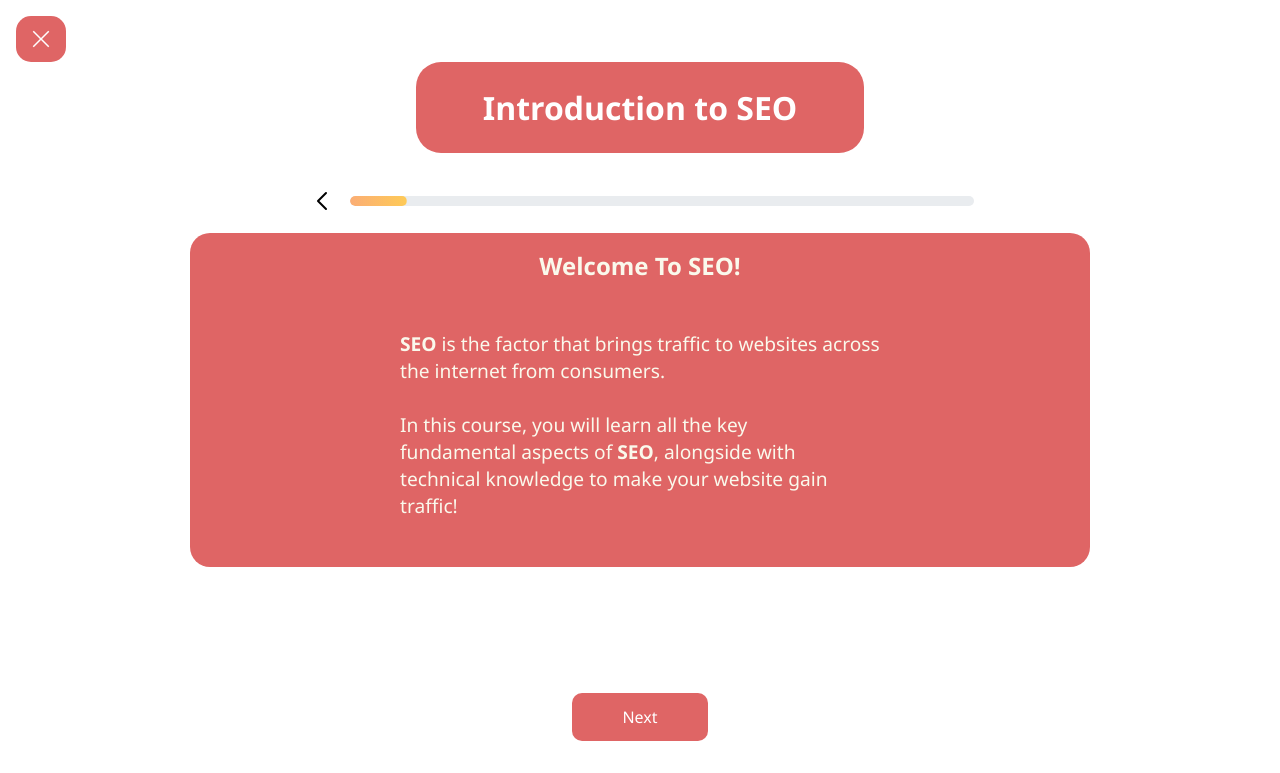
Repository: Duskofnight/code-website
Page: intro-to-seo/seo-introduction.html
These files come from the project's save history. The page is drawn as it stood at one moment and after a run of saves; the edit follows.
The browser window is 1280 px wide. The pictures show the whole page.

Above is the page before, as saved 2025-08-13 18:29:08.

### intro-to-seo/seo-introduction.html
<!DOCTYPE html>
  <html lang="en">
  <head>
    <meta charset="UTF-8">
    <meta name="viewport" content="width=device-width, initial-scale=1.0">
    <title>SEO Introduction</title>
    <link rel="stylesheet" href="lessons-styles.css">
    <link href="https://fonts.googleapis.com/css2?family=Inter:wght@100..900&display=swap" rel="stylesheet">
  </head>

  <body>

        <div class="escape">

          <a href="/intro-to-seo.html" class="escape-link">
            <svg xmlns="http://www.w3.org/2000/svg" height="100%" viewBox="0 0 24 24" fill="none" class="h-6"><path fill="currentColor" d="m20.28 4.78-1.06-1.06L12 10.94 4.78 3.72 3.72 4.78 10.94 12l-7.22 7.22 1.06 1.06L12 13.06l7.22 7.22 1.06-1.06L13.06 12l7.22-7.22Z"></path></svg>

          </a>
          <h3>Introduction to SEO</h3>
        </div>
        <div class="header">
        <svg class="previous" width="32" height="32" viewBox="0 0 32 32" xmlns="http://www.w3.org/2000/svg" onclick="previousSlide()" style="cursor: pointer;">
          <path d="M20 8L12 16L20 24" stroke="black" stroke-width="2" fill="none" stroke-linecap="round" stroke-linejoin="round"/>
        </svg>
        <div class="progress-container">
          <div class="progress-fill" id="progressFill"></div>
        </div>
      </div>



        <div id="app">


        <div id="one" class="page active">
          <div class="main">
            <h3 class="subtitle">Welcome To SEO!</h3>
            <p class="caption"><strong>SEO</strong> is the factor that brings traffic to websites across the internet from consumers. <br><br>In this course, you will learn all the key<br> fundamental aspects of <strong>SEO</strong>, alongside with technical knowledge to make your website gain traffic!

            </p>
          </div>


            <p class="continue" onclick="nextSlide()">Next</p>

        </div>


        <div id="two" class="page">
          <div class="main">
            <div class="caption">
              <h2 class="subtitle">What is SEO?</h2>
                <p>
                <strong>SEO</strong> stands for Search Engine Optimization, a set of practices to improve how
                your site appears in search engine organic results.<br><br>
                In other words, <strong>SEO</strong> helps people find your website without paying for ads.
                </p>
            </div>
          </div>


            <p class="continue" onclick="nextSlide()">Next</p>


        </div>


        <div id="three" class="page">
          <div class="main">
            <h3 class="subtitle">Why SEO Matters</h3>
            <p class="caption">
              Good <strong>SEO</strong> increases your website's visibility and helps people find you
              organically. <br><br>More visibility means more visitors without spending on ads.
          </p>
          </div>


            <p class="continue" onclick="nextSlide()">Next</p>

        </div>

        <div id="four" class="page">
          <div class="main">
            <h3 class="subtitle">Organic vs. Paid</h3>
            <img src= "https://github.com/Duskofnight/codemate-assets/blob/main/Untitled-1.png?raw=true" alt= "Organic vs Paid">
            <p class="caption">
              Search results have organic (free) listings and paid ads.<br><br><strong>SEO</strong> focuses on organic listings – it’s like earning free visits by giving search engines good reasons to rank your pages.<br><br> Think of <strong>SEO</strong> as having a high-quality store sign versus renting a billboard (paid ad).
          </p>
          </div>


            <p class="continue" onclick="nextSlide()">Next</p>

        </div>

        <div id="five" class="page">
          <div class="main">
            <h3 class="subtitle web-crawler">How Search Engines Categorize Websites</h3>
            <img id="web-crawler" src="https://github.com/Duskofnight/codemate-assets/blob/main/web-crawler-white.png?raw=true" alt="Web Crawler">
            <p class="caption">
              Search engines use crawlers (bots) to discover and index pages on the web.<br><br>A simple analogy: imagine Google as a librarian who catalogs books (web pages).<br><br>Good <strong>SEO</strong> makes your pages “catalog-friendly” so the librarian can find them quickly.
          </p>
          </div>


            <p class="continue" onclick="nextSlide()">Next</p>

        </div>

        <div id="six" class="page">
          <div class="main">
            <h3 class="subtitle">Quick Tip:</h3>
            <p class="caption">
              Use clear titles and relevant keywords so users know what to expect.<br><br><strong>SEO</strong> and user experience go hand-in-hand – help both the search engine and visitors understand your content.
          </p>
          </div>


            <p class="continue" onclick="nextSlide()">Next</p>

        </div>

        <div id="seven" class="page multiple-choice">
          <div class="main">
            <h3 class="subtitle">Multiple Choice</h3>
            <div class="quiz-container">

                <div class="question">Which of the Following is an Example of SEO?</div>

                <div class="card-options" id="quiz1">
                    <div class="option-card" data-answer="a">
                        <div class="option-letter">A</div>
                        <div class="option-text">Optimizing a page title with relevant words</div>
                    </div>
                    <div class="option-card" data-answer="b">
                        <div class="option-letter">B</div>
                        <div class="option-text">Buying clicks (PPC ad)</div>
                    </div>
                    <div class="option-card" data-answer="c">
                        <div class="option-letter">C</div>
                        <div class="option-text">Hiding keywords in white text</div>
                    </div>
                    <div class="option-card" data-answer="d">
                        <div class="option-letter">D</div>
                        <div class="option-text">Running pop-up ads</div>
                    </div>
                </div>

                <div class="feedback" id="feedback1"></div>
                <div class="quiz-actions">
                    <button class="btn" onclick="resetQuiz('quiz1', 'feedback1')">Try Again</button>
                    <button class="btn submit" onclick="checkAnswer('quiz1', 'a', 'feedback1')">Submit Answer</button>

                </div>
            </div>
          </div>


            <p class="continue" onclick="nextSlide()">Next</p>

        </div>

        <div id="eight" class="page fill-in-the-blank">
        <div class="main-fill-in-the-blank">
          <h3 class="subtitle-fill-in-the-blank">Fill in the Blank</h3>
          <div class="quiz-container">
            <h1 class="quiz-title">SEO stands for ___ ___ ___</h1>

            <div class="instruction-box">
              <span class="instruction-icon">💡</span>
              <span class="instruction-text">Drag the correct words from below into the blanks to complete:</span>
            </div>

            <div class="sentence-container">
              <div class="sentence">
                <span>SEO stands for</span>
                <div class="drop-zone" data-position="1" ondrop="drop(event)" ondragover="allowDrop(event)"></div>
                <div class="drop-zone" data-position="2" ondrop="drop(event)" ondragover="allowDrop(event)"></div>
                <div class="drop-zone" data-position="3" ondrop="drop(event)" ondragover="allowDrop(event)"></div>
              </div>
            </div>

            <div class="word-bank">
              <div class="draggable-word" draggable="true" ondragstart="drag(event)" onclick="clickWord(this)" data-word="Optimization">Optimization</div>
              <div class="draggable-word" draggable="true" ondragstart="drag(event)" onclick="clickWord(this)" data-word="Social">Social</div>
              <div class="draggable-word" draggable="true" ondragstart="drag(event)" onclick="clickWord(this)" data-word="Marketing">Marketing</div>
              <div class="draggable-word" draggable="true" ondragstart="drag(event)" onclick="clickWord(this)" data-word="Website">Website</div>
              <div class="draggable-word" draggable="true" ondragstart="drag(event)" onclick="clickWord(this)" data-word="Search">Search</div>
              <div class="draggable-word" draggable="true" ondragstart="drag(event)" onclick="clickWord(this)" data-word="Platform">Platform</div>
              <div class="draggable-word" draggable="true" ondragstart="drag(event)" onclick="clickWord(this)" data-word="Engine">Engine</div>
              <div class="draggable-word" draggable="true" ondragstart="drag(event)" onclick="clickWord(this)" data-word="Operation">Operation</div>
            </div>

            <div class="action-buttons">
              <button class="btn btn-reset" onclick="tryAgain()">Try Again</button>
              <button class="btn btn-submit" onclick="submitAnswer()">Submit Answer</button>

            </div>

            <div class="feedback" id="feedback"></div>
          </div>
        </div>

          <p class="continue" onclick="nextSlide()">Next</p>

      </div>


        <div id="nine" class="page">
          <div class="main">
            <h3 class="subtitle reflection-introduction">Reflection</h3>
            <svg id= "search-icon" xmlns="http://www.w3.org/2000/svg" viewBox="0 0 512 512" width="100" height="100" fill="currentColor">
      <path d="M505 442.7L405.3 343c28.4-34.9 45.7-79.3 45.7-127C451 103.5 347.5 0 225.5 0S0 103.5 0 225.5 103.5 451 225.5 451c48.5 0 92.9-17.3 127.8-45.7l99.7 99.7c9.4 9.4 24.6 9.4 33.9 0l18.1-18.1c9.4-9.4 9.4-24.6 0-34zM225.5 377c-83.4 0-151.5-68.1-151.5-151.5S142.1 74 225.5 74 377 142.1 377 225.5 308.9 377 225.5 377z"/>
    </svg>
            <p class="caption">
              Recall a recent Google search you did.<br><br>What words did you use? Why do you think those words helped you find useful results?

          </p>
          </div>


            <p class="continue" onclick="nextSlide()">Next</p>

        </div>

            <div id="ten" class="page">
          <div class="main">
            <h3 class="subtitle">Recap</h3>
            <ul class="caption-recap">
            <li><strong>SEO</strong> = Search Engine Optimization → Free traffic from search engines (organic results).</li>
            <li>Rank higher → Get more visitors & trust.</li>
            <li>Search engines crawl & index; <strong>SEO</strong> makes pages easy to find.</li>
            <li>Clear titles + relevant keywords = better visibility.</li>
          </ul>
          </div>



            <p class="continue" onclick="nextSlide()">Next</p>

        </div>


        <div id="end" class="page">
          <div class="main">
            <h3 class="subtitle">Lesson Completed!</h3>
                <p class= "caption">Great work on your first SEO lesson! Keep working to complete this course!</p>
          </div>




            <a href="/intro-to-seo.html" class="continue" onclick="nextSlide()">Next</a>

        </div>

      </div>

      <script src="seo-introduction.js"></script>


  </body>
  </html>

Loaded but not shown: intro-to-seo/seo-introduction.js (374 lines, source omitted); seo-progress-tracker.js (264 lines, source omitted); intro-to-seo/lessons-styles.css (749 lines, source omitted)

After the next 3 saves:
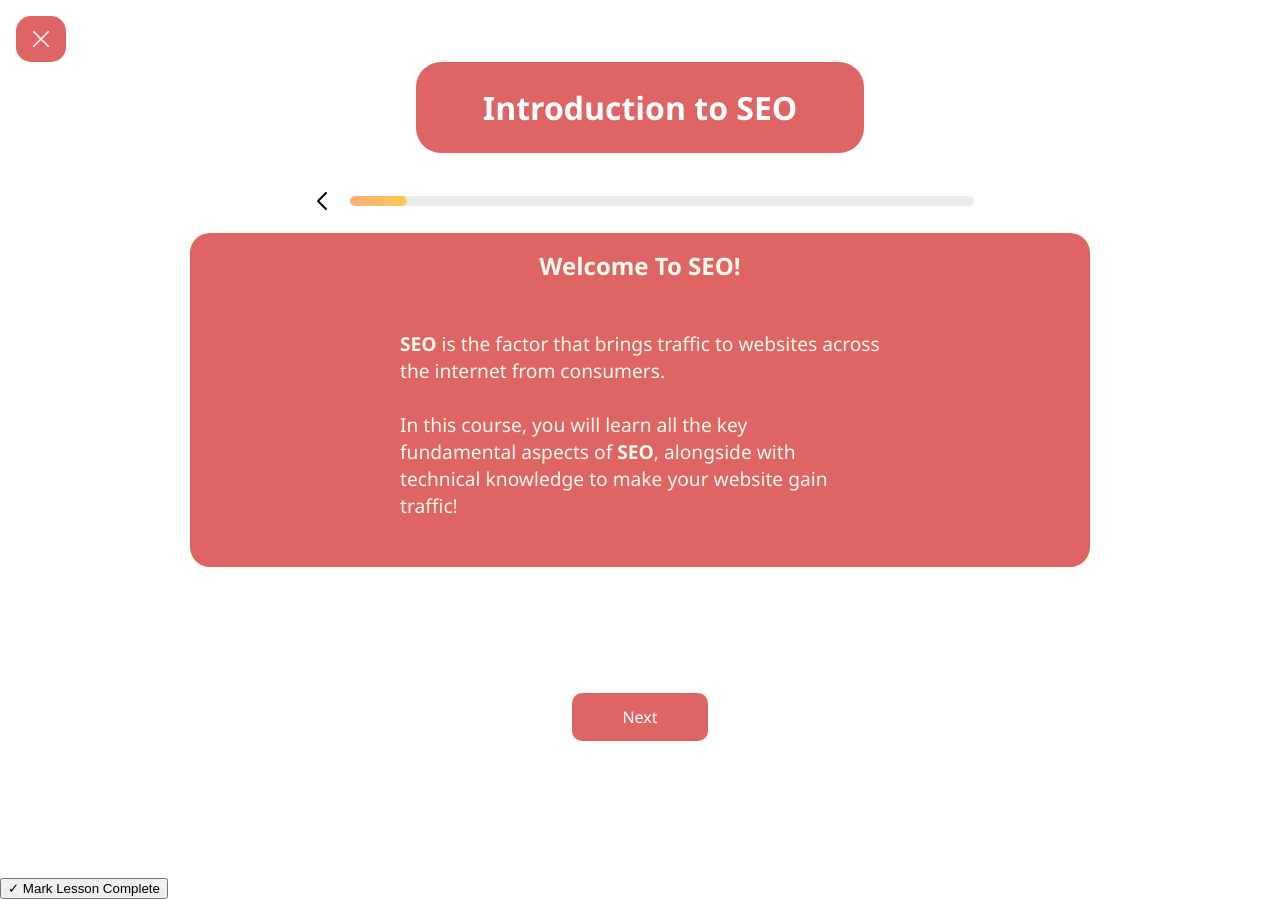
The 3 saves are shown as one change because they came seconds apart.
The last was saved 11 s later.
--- a/intro-to-seo/seo-introduction.html
+++ b/intro-to-seo/seo-introduction.html
@@ -257,6 +257,40 @@
       </div>
 
       <script src="seo-introduction.js"></script>
+      <script src="/seo-progress-tracker.js"></script>
+<script>
+document.addEventListener('DOMContentLoaded', function() {
+    // Change this lesson ID for each page:
+    const lessonId = 'introduction'; // Use 'keyword' for keyword-research.html, etc.
+
+    // Add completion button at the end of lesson content
+    const completionSection = document.createElement('div');
+    completionSection.className = 'lesson-completion-section';
+    completionSection.innerHTML = `
+        <h4>Lesson Complete?</h4>
+        <p>Click the button below when you've finished reading this lesson.</p>
+        <button id="complete-lesson-btn" class="complete-lesson-btn" onclick="markComplete('${lessonId}')">
+            ✓ Mark Lesson Complete
+        </button>
+    `;
+
+    // Add to page (adjust selector as needed)
+    document.body.appendChild(completionSection);
+});
+
+async function markComplete(lessonId) {
+    if (window.seoProgressTracker) {
+        await window.seoProgressTracker.markLessonCompleted(lessonId);
+        document.getElementById('complete-lesson-btn').innerHTML = '✓ Completed!';
+        document.getElementById('complete-lesson-btn').disabled = true;
+
+        // Redirect back to course page after 2 seconds
+        setTimeout(() => {
+            window.location.href = '../intro-to-seo.html';
+        }, 2000);
+    }
+}
+</script>
 
 
   </body>
